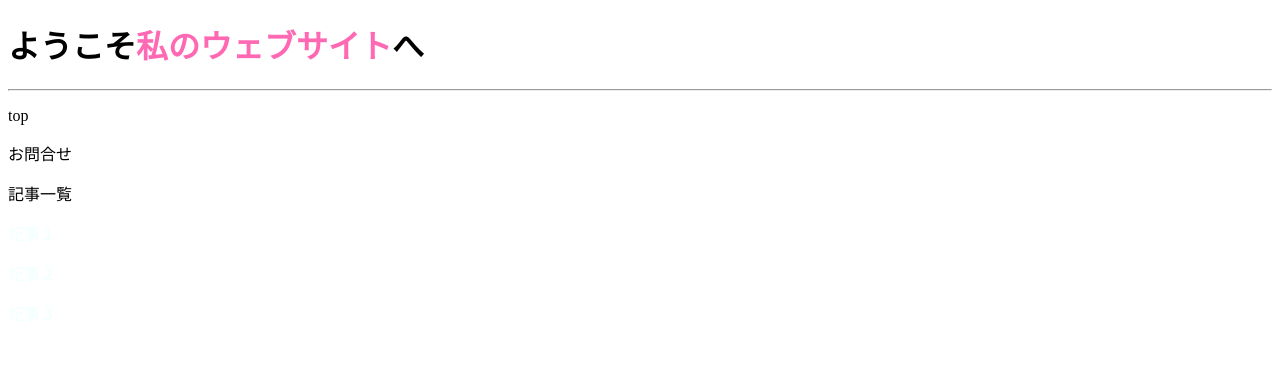
Repository: Jutta197/frontend726
Page: index.html
The author's editor kept a copy of each file at every save. The page is drawn from the files as they stood at one save, then again after the next save.
The browser window is 1280 px wide. The pictures show the whole page.

Above is the page before, as saved 2023-07-27 10:52:01.

After the next save:
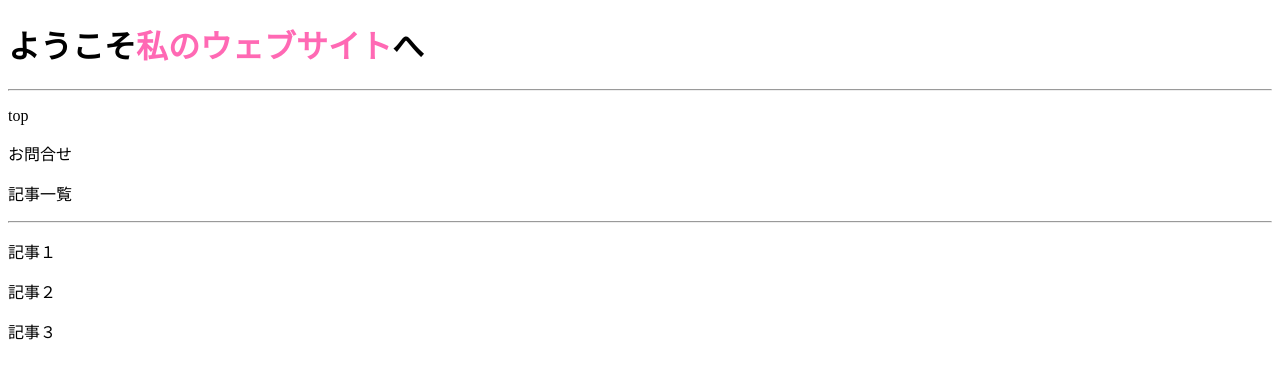
Saved 60 s later.
--- a/index.html
+++ b/index.html
@@ -14,7 +14,8 @@
     <p>top</p>
     <p>お問合せ</p>
     <p>記事一覧</p>
-    <div style="color: azure;">
+    <hr>
+    <div>
         <!-- <span style="color: lavender;"></span> -->
         <p>記事１</p>
         <p>記事２</p>
